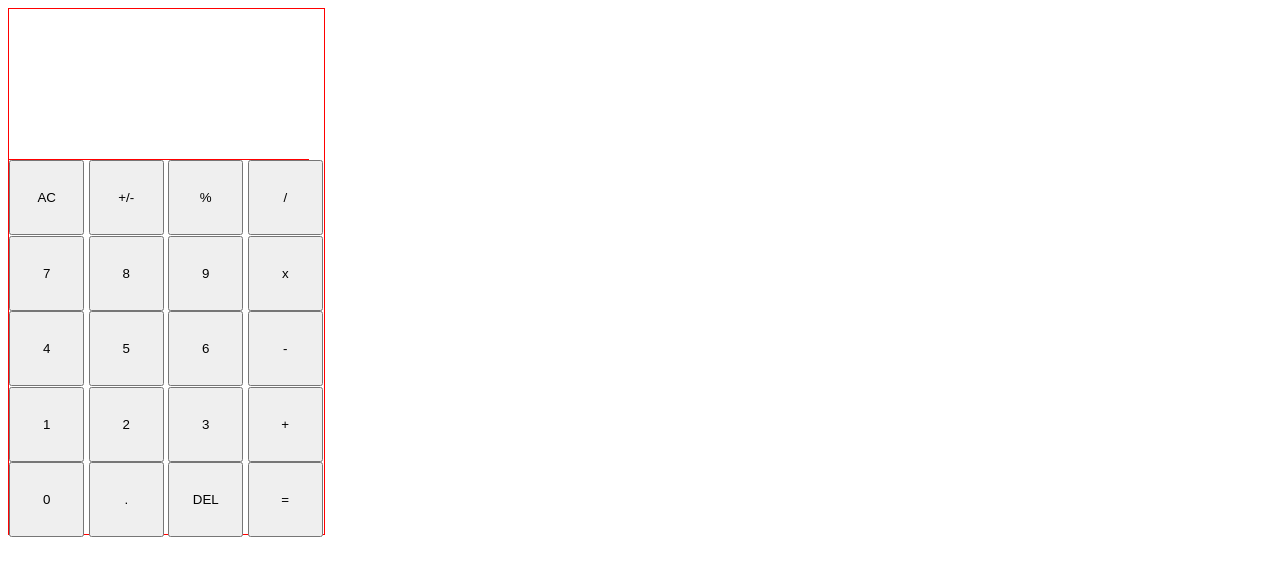
Repository: baziz22/Vanilla_JS_Projects
Page: claculator/index.html
The author's editor kept a copy of each file at every save. The page is drawn from the files as they stood at one save, then again after the next save.
The browser window is 1280 px wide. The pictures show the whole page.

Above is the page before, as saved 2022-02-28 07:24:52.

After the next save:
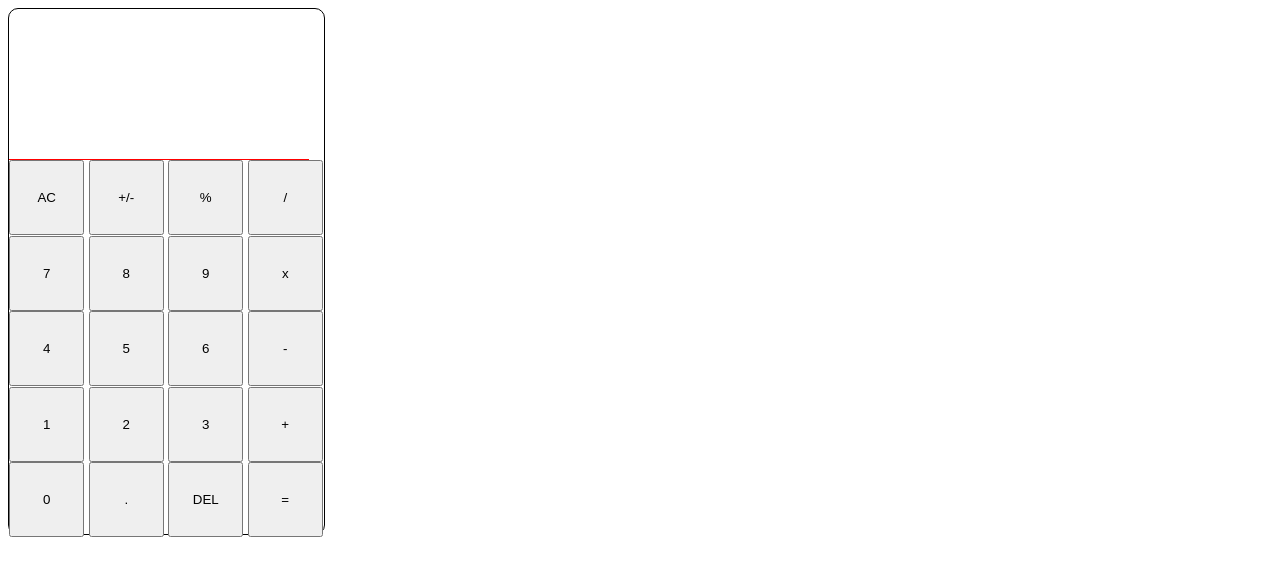
Saved 30 s later.
--- a/claculator/style.css
+++ b/claculator/style.css
@@ -1,5 +1,6 @@
 .wrapper {
-  border: 1px solid red;
+  border: 1px solid black;
+  border-radius: 10px;
   width: 315px;
   height: 525px;
 }
